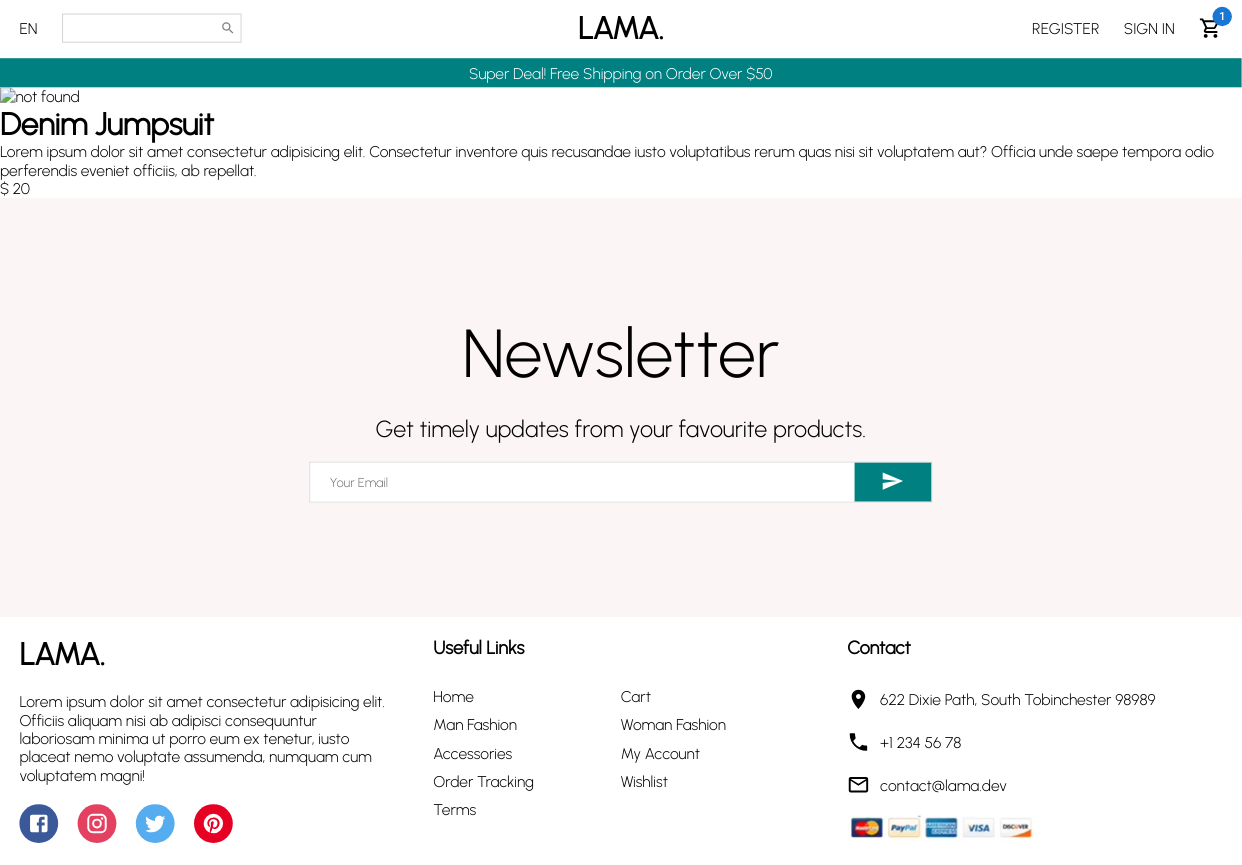
Repository: kmvaghela/ECOMMERCE
Page: /
The author's editor kept a copy of each file at every save. The page is drawn from the files as they stood at one save, then again after the next save.
The browser window is 1280 px wide. The pictures show the whole page, at 97% of full size.
The project was rebuilt for these pictures with package versions that can differ from the ones it lists, and the page was loaded fresh each time. Also part of the build but not shown: src/data.js, src/components/CategoryItem.jsx, src/components/Categories.jsx, src/components/Product.jsx, src/components/Products.jsx, src/components/Slider.jsx, src/pages/Home.jsx, src/pages/ProductList.jsx.

Above is the page before, as saved 2022-02-23 21:55:26.

### public/index.html
<!DOCTYPE html>
<html lang="en">

<head>
  <meta charset="utf-8" />
  <meta name="viewport" content="width=device-width, initial-scale=1" />
  <meta name="description" content="Web site created using create-react-app" />
  <link href="https://fonts.googleapis.com/css2?family=Urbanist:wght@100;200;300&display=swap" rel="stylesheet">
  <style>
    * {
      margin: 0;
      font-family: 'Urbanist', sans-serif;
    }
  </style>
  <title>React App</title>
</head>

<body>
  <noscript>You need to enable JavaScript to run this app.</noscript>
  <div id="root"></div>
</body>

</html>

### src/App.jsx
import Home from "./pages/Home";
import Product from "./pages/Product";
import ProductList from "./pages/ProductList";

const App = () => {
  return (
    // <Home />
    // <ProductList />
    <Product />
  );
};

export default App;

### src/pages/Product.jsx
import React from "react";
import styled from "styled-components";
import Navbar from "../components/Navbar";
import Announcement from "../components/Announcement";
import Newsletter from "../components/Newsletter";
import Footer from "../components/Footer";

const Container = styled.div``;

const Wrapper = styled.div``;
const ImageContainer = styled.div``;
const Image = styled.img``;
const InfoContainer = styled.div``;
const Title = styled.h1``;
const Description = styled.p``;
const Price = styled.span``;

const Product = () => {
  return (
    <Container>
      <Navbar />
      <Announcement />
      <Wrapper>
        <ImageContainer>
          <Image src="" alt="not found" />
        </ImageContainer>
        <InfoContainer>
          <Title>Denim Jumpsuit</Title>
          <Description>
            Lorem ipsum dolor sit amet consectetur adipisicing elit. Consectetur
            inventore quis recusandae iusto voluptatibus rerum quas nisi sit
            voluptatem aut? Officia unde saepe tempora odio perferendis eveniet
            officiis, ab repellat.
          </Description>
          <Price>$ 20</Price>
        </InfoContainer>
      </Wrapper>
      <Newsletter />
      <Footer />
    </Container>
  );
};

export default Product;

### src/components/Announcement.jsx
import styled from "styled-components";

const Container = styled.div`
  height: 30px;
  background-color: teal;
  color: white;
  display: flex;
  align-items: center;
  justify-content: center;
  font-size: 14;
  font-weight: 500;
`;

const Announcement = () => {
  return (
    <Container>
      Super Deal! Free Shipping on Order Over $50
    </Container>
  );
};

export default Announcement;

### src/components/Navbar.jsx
import React from "react";
import styled from "styled-components";
import SearchOutlinedIcon from "@mui/icons-material/SearchOutlined";
import ShoppingCartOutlinedIcon from "@mui/icons-material/ShoppingCartOutlined";
import Badge from "@mui/material/Badge";

const Container = styled.div`
  height: 60px;
`;
const Wrapper = styled.div`
  padding: 10px 20px;
  display: flex;
  align-items: center;
  justify-content: space-between;
`;
const Left = styled.div`
  flex: 1;
  display: flex;
  align-items: center;
`;
const Language = styled.span`
  font-size: 14;
  cursor: pointer;
`;
const SearchContainer = styled.div`
  border: 0.5px solid lightgray;
  display: flex;
  align-items: center;
  margin-left: 25px;
  padding: 5px;
`;
const Input = styled.input`
  border: none;
`;

const Center = styled.div`
  flex: 2;
`;
const Logo = styled.h1`
  font-weight: bold;
  text-align: center;
`;

const Right = styled.div`
  flex: 1;
  display: flex;
  align-items: center;
  justify-content: flex-end;
`;
const MenuItem = styled.div`
  font-size: 14;
  cursor: pointer;
  margin-left: 25px;
`;

const Navbar = () => {
  return (
    <Container>
      <Wrapper>
        <Left>
          <Language>EN</Language>
          <SearchContainer>
            <Input />
            <SearchOutlinedIcon style={{color:"gray",fontSize:16}}/>
          </SearchContainer>
        </Left>
        <Center>
          <Logo>LAMA.</Logo>
        </Center>
        <Right>
          <MenuItem>REGISTER</MenuItem>
          <MenuItem>SIGN IN</MenuItem>
          <MenuItem>
            <Badge badgeContent={1} color="primary">
              <ShoppingCartOutlinedIcon />
            </Badge>
          </MenuItem>
        </Right>
      </Wrapper>
    </Container>
  );
};
export default Navbar;

### src/components/Newsletter.jsx
import React from "react";
import styled from "styled-components";
import SendIcon from "@mui/icons-material/Send";

const Container = styled.div`
  height: 60vh;
  background-color: #fcf5f5;
  display: flex;
  align-items: center;
  justify-content: center;
  flex-direction: column;
`;

const Title = styled.h1`
  font-size: 70px;
  margin-bottom: 20px;
  font-weight: 300;
`;

const Description = styled.div`
  font-size: 24px;
  margin-bottom: 20px;
`;

const InputContainer = styled.div`
  width: 50%;
  height: 40px;
  background-color: white;
  display: flex;
  justify-content: space-between;
  border: 1px solid lightgray;
`;

const Input = styled.input`
  border: none;
  flex: 8;
  padding-left: 20px;
`;

const Button = styled.button`
  flex: 1;
  border: none;
  background-color: teal;
  color: white;
`;

const Newsletter = () => {
  return (
    <Container>
      <Title>Newsletter</Title>
      <Description>
        Get timely updates from your favourite products.
      </Description>
      <InputContainer>
        <Input placeholder="Your Email" />
        <Button>
          <SendIcon />
        </Button>
      </InputContainer>
    </Container>
  );
};

export default Newsletter;

### src/components/Footer.jsx
import React from "react";
import styled from "styled-components";
import FacebookIcon from "@mui/icons-material/Facebook";
import InstagramIcon from "@mui/icons-material/Instagram";
import TwitterIcon from "@mui/icons-material/Twitter";
import PinterestIcon from "@mui/icons-material/Pinterest";
import RoomIcon from "@mui/icons-material/Room";
import PhoneIcon from "@mui/icons-material/Phone";
import MailOutlineIcon from "@mui/icons-material/MailOutline";
import PaymentImage from "../assets/payment.PNG";
const Container = styled.div`
  display: flex;
`;

const Left = styled.div`
  flex: 1;
  display: flex;
  flex-direction: column;
  padding: 20px;
`;
const Center = styled.div`
  flex: 1;
  padding: 20px;
`;
const Right = styled.div`
  flex: 1;
  padding: 20px;
`;

const Logo = styled.h1``;

const Description = styled.p`
  margin: 20px 0px;
`;

const SocialContainer = styled.div`
  display: flex;
`;

const SocialIcon = styled.div`
  height: 40px;
  width: 40px;
  border-radius: 50%;
  color: white;
  background-color: ${(props) => props.color};
  display: flex;
  align-items: center;
  justify-content: center;
  margin-right: 20px;
`;

const Title = styled.h3`
  margin-bottom: 30px;
`;

const List = styled.ul`
  margin: 0;
  padding: 0;
  list-style: none;
  display: flex;
  flex-wrap: wrap;
`;

const ListItem = styled.li`
  width: 50%;
  margin-bottom: 10px;
`;

const ContactItem = styled.div`
  margin-bottom: 20px;
  display: flex;
  align-items: center;
`;

const Payment = styled.img`
  width: 50%;
`;

const Footer = () => {
  return (
    <Container>
      <Left>
        <Logo>LAMA.</Logo>
        <Description>
          Lorem ipsum dolor sit amet consectetur adipisicing elit. Officiis
          aliquam nisi ab adipisci consequuntur laboriosam minima ut porro eum
          ex tenetur, iusto placeat nemo voluptate assumenda, numquam cum
          voluptatem magni!
        </Description>
        <SocialContainer>
          <SocialIcon color="#3B5999">
            <FacebookIcon />
          </SocialIcon>
          <SocialIcon color="#E4405F">
            <InstagramIcon />
          </SocialIcon>
          <SocialIcon color="#55ACEE">
            <TwitterIcon />
          </SocialIcon>
          <SocialIcon color="#E60023">
            <PinterestIcon />
          </SocialIcon>
        </SocialContainer>
      </Left>

      <Center>
        <Title>Useful Links</Title>
        <List>
          <ListItem>Home</ListItem>
          <ListItem>Cart</ListItem>
          <ListItem>Man Fashion</ListItem>
          <ListItem>Woman Fashion</ListItem>
          <ListItem>Accessories</ListItem>
          <ListItem>My Account</ListItem>
          <ListItem>Order Tracking</ListItem>
          <ListItem>Wishlist</ListItem>
          <ListItem>Terms</ListItem>
        </List>
      </Center>

      <Right>
        <Title>Contact</Title>
        <ContactItem>
          <RoomIcon style={{ marginRight: "10px" }} />
          622 Dixie Path, South Tobinchester 98989
        </ContactItem>
        <ContactItem>
          <PhoneIcon style={{ marginRight: "10px" }} />
          +1 234 56 78
        </ContactItem>
        <ContactItem>
          <MailOutlineIcon style={{ marginRight: "10px" }} />
          contact@lama.dev
        </ContactItem>
        <Payment src={PaymentImage} alt="not found" />
      </Right>
    </Container>
  );
};

export default Footer;

Loaded but not shown: src/index.js (common file)

After the next save:
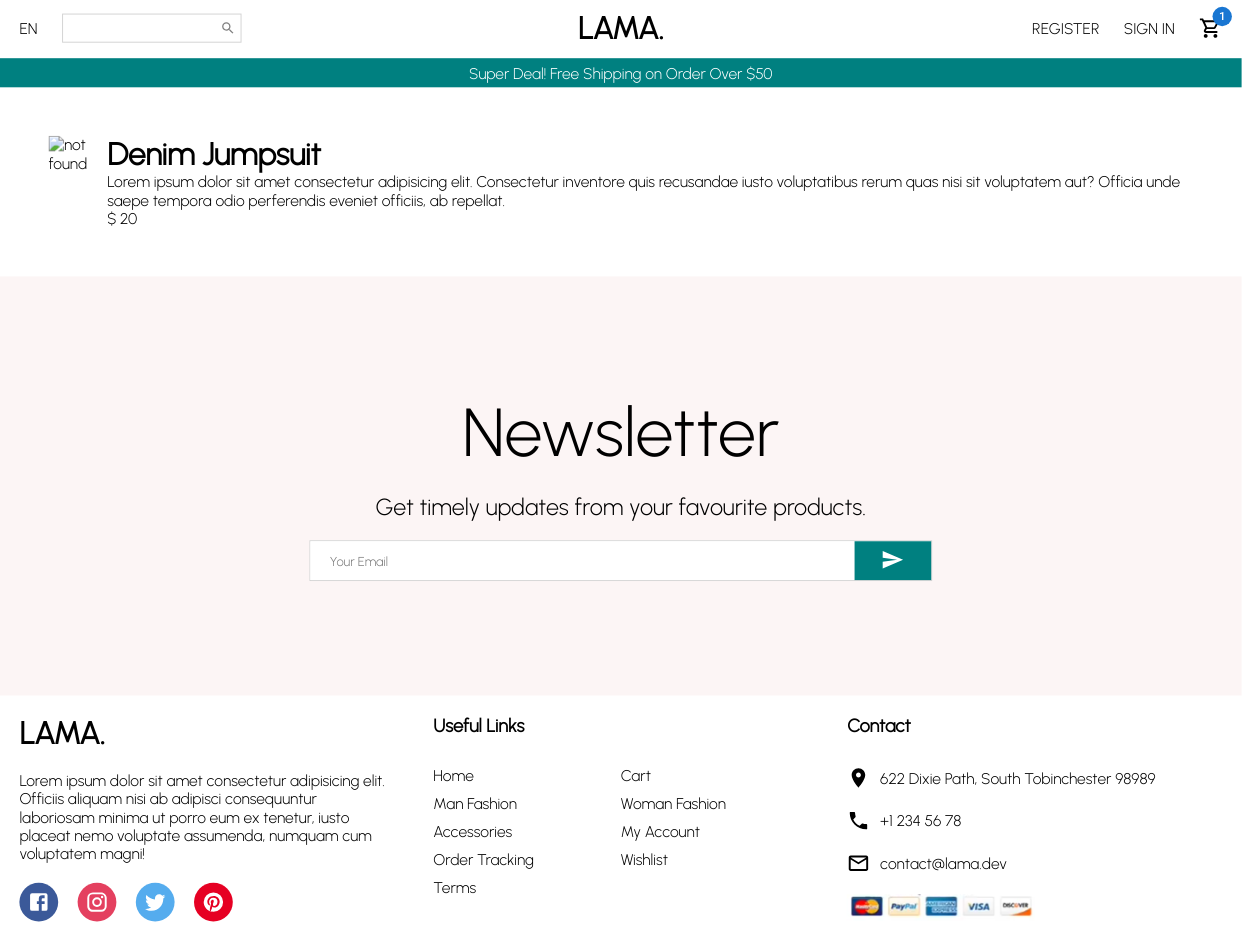
Saved 78 s later.
--- a/src/pages/Product.jsx
+++ b/src/pages/Product.jsx
@@ -7,12 +7,21 @@
 
 const Container = styled.div``;
 
-const Wrapper = styled.div``;
+const Wrapper = styled.div`
+  padding: 50px;
+  display: flex;
+`;
+
 const ImageContainer = styled.div``;
+
 const Image = styled.img``;
+
 const InfoContainer = styled.div``;
+
 const Title = styled.h1``;
+
 const Description = styled.p``;
+
 const Price = styled.span``;
 
 const Product = () => {
